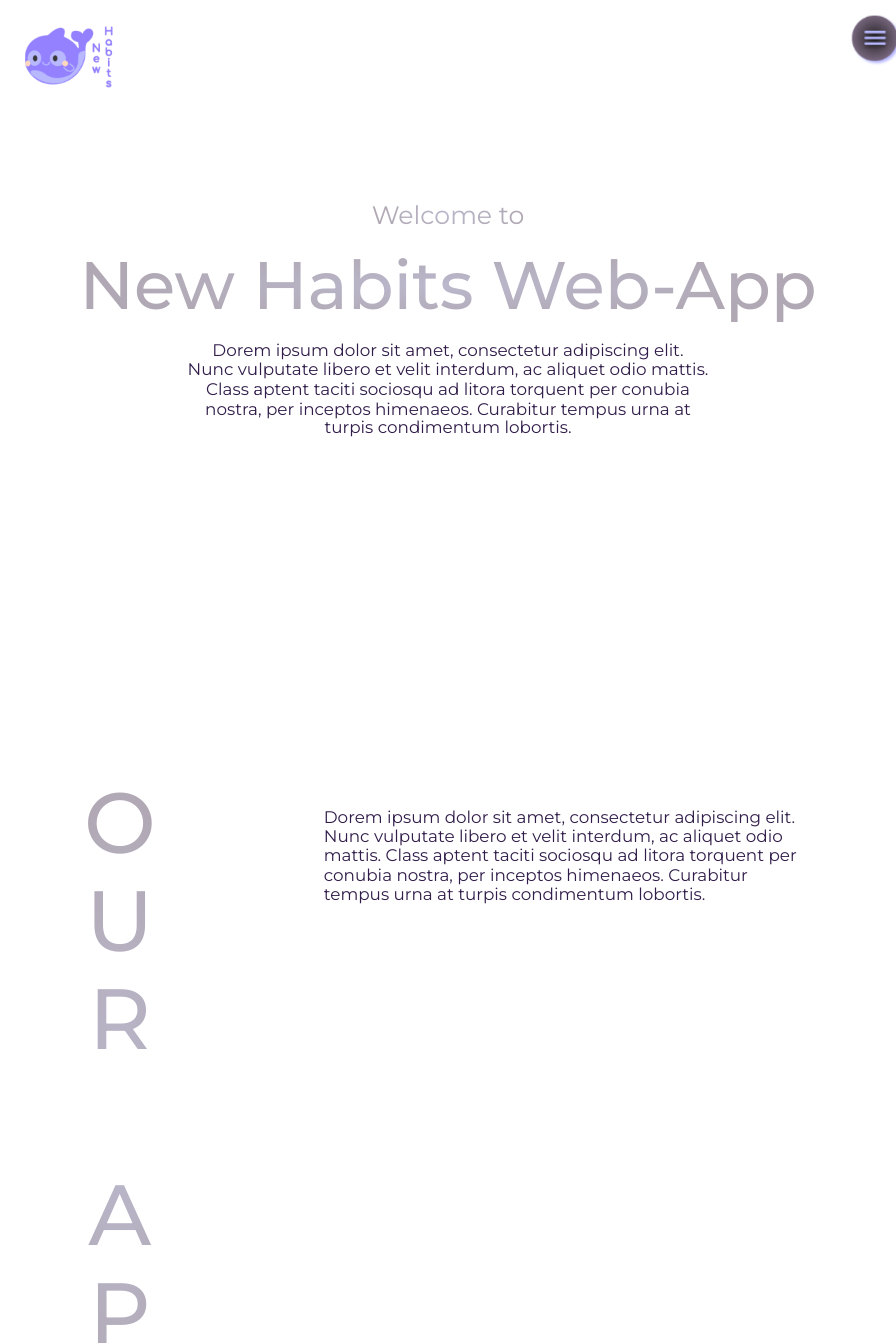
Repository: sierralaurent/Styleguide-Big_Project
Page: visuals.html
An editor plug-in stored every save of this project. The page is shown before and after the next save, followed by the edit.
The browser window is 1280 px wide. The pictures show the part of the page from y = 0 to 1920 px (the page is 3649 px tall before and 3608 px after), at 70% of full size.
Some web fonts or font styles are not loaded; a fallback is used.

Above is the page before, as saved 2023-03-10 12:58:08.

### visuals.html
<!DOCTYPE html>
<html lang="en">
  <head>
    <title>New Habits Web-App | Visuals </title>
    <meta property="og:title" content="Welcome to the New Habits Web-App Home Page" />
    <meta name="viewport" content="width=device-width, initial-scale=1.0" />
    <meta charset="utf-8" />
    <link rel="icon" type="image/x-icon" href="/assets/favicon.ico">

    <link
      rel="stylesheet"
      href="https://fonts.googleapis.com/css2?family=Montserrat:ital,wght@0,100;0,200;0,300;0,400;0,500;0,600;0,700;0,800;0,900;1,100;1,200;1,300;1,400;1,500;1,600;1,700;1,800;1,900&amp;display=swap"
      data-tag="font"
    />
    <link rel="stylesheet" href="./style.css" />
    <link href="./visuals.css" rel="stylesheet" />
    <link href="./navstyle.css" rel="stylesheet" />

  </head>
  <header>
    <div class="logo">
      <a href="index.html">
        <img src="assets/logo.png" alt="logo" />
      </a>
    </div>
    <div class="navigation">
      <button class="hamburger" onclick="show()">
        <img src="assets/burger.png" />
      </button>
      <nav>
        <h1 class="menutitle">Menu</h1>
        <ul>
          <li><a href="index.html">Home</a></li>
          <li><a>Logo</a></li>
          <li><a>Colours & Typo</a></li>
          <li><a href="visuals.html">Visuals</a></li>
        </ul>
      </nav>
    </div>
    <script src="nav.js"></script>
  </header>
  <body>
    <div>
      <div class="home-container">
        <div class="home-container1">
          <div class="home-container2">
            <p class="home-text">Welcome to</p>
            <h1 class="home-text01 Title">New Habits Web-App</h1>
            <p class="home-text02 body">
              Dorem ipsum dolor sit amet, consectetur adipiscing elit. Nunc
              vulputate libero et velit interdum, ac aliquet odio mattis. Class
              aptent taciti sociosqu ad litora torquent per conubia nostra, per
              inceptos himenaeos. Curabitur tempus urna at turpis condimentum
              lobortis.
            </p>
          </div>
        </div>
        <div class="home-container3">
          <p class="home-text03 sidetitle">
            <span>O</span>
            <br />
            <span>U</span>
            <br />
            <span>R</span>
            <br />
            <br />
            <span>A</span>
            <br />
            <span>P</span>
            <br />
            <span>P</span>
            <br />
          </p>
          <p class="home-text17 body">
            Dorem ipsum dolor sit amet, consectetur adipiscing elit. Nunc
            vulputate libero et velit interdum, ac aliquet odio mattis. Class
            aptent taciti sociosqu ad litora torquent per conubia nostra, per
            inceptos himenaeos. Curabitur tempus urna at turpis condimentum
            lobortis.
          </p>
        </div>
        <div class="home-container4">
          <div class="home-container5">
            <h2 class="home-text18 Title">Team Members</h2>
          </div>
        </div>
        <div class="home-container6">
          <div class="home-olivia">
            <p class="home-olivia-text">Olivia</p>
            <p class="home-text19">
              Rorem ipsum dolor sit amet, consectetur adipiscing elit. Nunc
              vulputate libero et velit interdum, ac aliquet odio mattis. Class
              aptent taciti sociosqu ad litora torquent per conubia nostra, per
              inceptos himenaeos. Curabitur tempus urna at turpis condimentum
              lobortis. Ut commodo efficitur neque. Ut diam quam, semper iaculis
              condimentum ac, vestibulum eu nisl.
            </p>
          </div>
          <div class="home-elijah">
            <p class="home-elijah-text">Elijah</p>
            <p class="home-text20">
              Rorem ipsum dolor sit amet, consectetur adipiscing elit. Nunc
              vulputate libero et velit interdum, ac aliquet odio mattis. Class
              aptent taciti sociosqu ad litora torquent per conubia nostra, per
              inceptos himenaeos. Curabitur tempus urna at turpis condimentum
              lobortis. Ut commodo efficitur neque. Ut diam quam, semper iaculis
              condimentum ac, vestibulum eu nisl.
            </p>
          </div>
          <div class="home-sierra">
              <p class="home-sierra-text">Sierra</p>
            <p class="home-text21">
              Rorem ipsum dolor sit amet, consectetur adipiscing elit. Nunc
              vulputate libero et velit interdum, ac aliquet odio mattis. Class
              aptent taciti sociosqu ad litora torquent per conubia nostra, per
              inceptos himenaeos. Curabitur tempus urna at turpis condimentum
              lobortis. Ut commodo efficitur neque. Ut diam quam, semper iaculis
              condimentum ac, vestibulum eu nisl.
            </p>
          </div>
        </div>
        <footer class="home-footer">
          <p class="home-text24">
            © 2023 New Habits, All Rights Reserved.
          </p>
        </footer>
      </div>
    </div>
  </body>
</html>

### style.css
:root {
  --dl-black: #212121ff;
  --dl-creme: #f9f9ffff;
  --dl-white: #f8f9f9ff;
  --dark-purple: #311D4A;

}

.body {
  font-size: 24px;
  font-family: Montserrat;
  font-weight: 400;
  line-height: 1.15;
  text-transform: none;
  text-decoration: none;
}
.sidetitle {
  font-size: 122px;
  font-family: Montserrat;
  font-weight: 500;
  line-height: 1.15;
  text-transform: none;
  text-decoration: none;
}
.Title {
  font-size: 96px;
  font-family: Montserrat;
  font-weight: 500;
  line-height: 1.15;
  text-transform: none;
  text-decoration: none;
}

html {
  line-height: 1.15;
}
body {
  margin: 0;
}
* {
  box-sizing: border-box;
  border-width: 0;
  border-style: solid;
}
p,
li,
ul,
pre,
div,
h1,
h2,
figure,
blockquote,
figcaption {
  margin: 0;
  padding: 0;
}

a {
  color: inherit;
  text-decoration: inherit;
}
input {
  padding: 2px 4px;
}
img {
  display: block;
}
html {
  scroll-behavior: smooth;
}

### visuals.css
/* Define the scrollbar style */
::-webkit-scrollbar {
    width: 10px;
  }

  ::-webkit-scrollbar-thumb {
    background-image: linear-gradient(180deg, var(--light-purple) 0%, var(--main-purple) 99%);
    box-shadow: inset 2px 2px 5px 0 var(--creme);
    border-radius: 100px;
  }

  html {
    font-family: Montserrat;
    font-size: 24px;
    scroll-behavior: smooth;
  }

  body {
    font-weight: 400;
    font-style: normal;
    text-decoration: none;
    text-transform: none;
    letter-spacing: normal;
    line-height: 1.15;
    color: var(--black);
    background-color: var(--creme);
  }

  .home-container {
    width: 100%;
    display: flex;
    overflow: auto;
    min-height: 100vh;
    align-items: center;
    flex-direction: column;
  }
  .home-container1 {
    flex: 0 0 auto;
    width: auto;
    height: auto;
    display: flex;
    align-items: flex-start;
    justify-content: center;
  }
  .home-container2 {
    flex: 0 0 auto;
    width: auto;
    display: flex;
    align-self: center;
    margin-top: 5rem;
    align-items: center;
    margin-bottom: 15rem;
    flex-direction: column;
    justify-content: center;
  }
  .home-text {
    font-size: 36px;
    text-align: center;
    font-family: Montserrat;
    background: linear-gradient(0deg, rgba(0, 0, 0, 0.2), rgba(0, 0, 0, 0.2)),
      radial-gradient(
        50% 50% at 50% 50%,
        rgba(147, 129, 255, 0.2) 0%,
        rgba(79, 26, 98, 0.2) 94.12%
      );
    -webkit-background-clip: text;
    -webkit-text-fill-color: transparent;
    background-clip: text;
    text-fill-color: transparent;
  }
  .home-text01 {
    margin-top: 1rem;
    text-align: center;
    margin-bottom: 1rem;
    background: linear-gradient(0deg, rgba(0, 0, 0, 0.2), rgba(0, 0, 0, 0.2)),
      radial-gradient(
        50% 50% at 50% 50%,
        rgba(147, 129, 255, 0.2) 0%,
        rgba(79, 26, 98, 0.2) 94.12%
      );
    -webkit-background-clip: text;
    -webkit-text-fill-color: transparent;
    background-clip: text;
    text-fill-color: transparent;
  }
  .home-text02 {
    width: 31rem;
    text-align: center;
    color: var(--dark-purple);
  }
  .home-container3 {
    flex: 0 0 auto;
    width: 100%;
    height: auto;
    display: flex;
    align-items: flex-start;
    justify-content: center;
  }
  .home-text03 {
    width: 25rem;
    text-align: center;
    background: linear-gradient(0deg, rgba(0, 0, 0, 0.2), rgba(0, 0, 0, 0.2)),
      radial-gradient(
        50% 50% at 50% 50%,
        rgba(147, 129, 255, 0.2) 0%,
        rgba(79, 26, 98, 0.2) 94.12%
      );
    -webkit-background-clip: text;
    -webkit-text-fill-color: transparent;
    background-clip: text;
    text-fill-color: transparent;
  }
  .home-text17 {
    width: auto;
    margin-top: 5rem;
    text-align: left;
    margin-left: 5rem;
    margin-right: 5rem;
    margin-bottom: 5rem;
    color: var(--dark-purple);
  }
  .home-container4 {
    flex: 0 0 auto;
    width: auto;
    height: auto;
    display: flex;
    align-items: flex-start;
    justify-content: center;
  }
  .home-container5 {
    flex: 0 0 auto;
    display: flex;
    align-items: flex-start;
    flex-direction: column;
  }
  .home-text18 {
    width: auto;
    margin-top: 15rem;
    text-align: center;
    margin-bottom: 5rem;
    background: linear-gradient(0deg, rgba(0, 0, 0, 0.2), rgba(0, 0, 0, 0.2)),
      radial-gradient(
        50% 50% at 50% 50%,
        rgba(147, 129, 255, 0.2) 0%,
        rgba(79, 26, 98, 0.2) 94.12%
      );
    -webkit-background-clip: text;
    -webkit-text-fill-color: transparent;
    background-clip: text;
    text-fill-color: transparent;
  }
  .home-container6 {
    flex: 0 0 auto;
    width: auto;
    height: auto;
    display: flex;
    align-items: flex-start;
    margin-bottom: 15rem;
    justify-content: center;
  }
  .home-olivia {
    flex: 0 0 auto;
    display: flex;
    align-items: center;
    flex-direction: column;
  }
  .home-olivia-text {
    width: 25rem;
    font-size: 96px;
    text-align: center;
    font-family: Montserrat;
    font-weight: 500;
    line-height: 1.15;
    margin-bottom: 2rem;
    text-transform: none;
    text-decoration: none;
    background: linear-gradient(0deg, rgba(0, 0, 0, 0.2), rgba(0, 0, 0, 0.2)),
      radial-gradient(
        50% 50% at 50% 50%,
        rgba(147, 129, 255, 0.2) 0%,
        rgba(79, 26, 98, 0.2) 94.12%
      );
    -webkit-background-clip: text;
    -webkit-text-fill-color: transparent;
    background-clip: text;
    text-fill-color: transparent;
  }
  .home-text19 {
    width: 15rem;
    align-self: center;
    text-align: center;
    color: var(--dark-purple);
  }
  .home-elijah {
    flex: 0 0 auto;
    display: flex;
    align-items: center;
    flex-direction: column;
  }
  .home-elijah-text {
    width: 25rem;
    font-size: 96px;
    text-align: center;
    font-family: Montserrat;
    font-weight: 500;
    line-height: 1.15;
    margin-bottom: 2rem;
    text-transform: none;
    text-decoration: none;
    background: linear-gradient(0deg, rgba(0, 0, 0, 0.2), rgba(0, 0, 0, 0.2)),
      radial-gradient(
        50% 50% at 50% 50%,
        rgba(147, 129, 255, 0.2) 0%,
        rgba(79, 26, 98, 0.2) 94.12%
      );
    -webkit-background-clip: text;
    -webkit-text-fill-color: transparent;
    background-clip: text;
    text-fill-color: transparent;
  }
  .home-text20 {
    width: 15rem;
    align-self: center;
    text-align: center;
    color: var(--dark-purple);
  }
  .home-sierra {
    flex: 0 0 auto;
    display: flex;
    align-items: center;
    flex-direction: column;
  }
  .home-sierra-text {
    width: 25rem;
    font-size: 96px;
    text-align: center;
    font-family: Montserrat;
    font-weight: 500;
    line-height: 1.15;
    margin-bottom: 2rem;
    text-transform: none;
    text-decoration: none;
    background: linear-gradient(0deg, rgba(0, 0, 0, 0.2), rgba(0, 0, 0, 0.2)),
      radial-gradient(
        50% 50% at 50% 50%,
        rgba(147, 129, 255, 0.2) 0%,
        rgba(79, 26, 98, 0.2) 94.12%
      );
    -webkit-background-clip: text;
    -webkit-text-fill-color: transparent;
    background-clip: text;
    text-fill-color: transparent;
  }
  .home-text21 {
    width: 15rem;
    align-self: center;
    text-align: center;
    color: var(--dark-purple);
  }
  .home-text23 {
    width: 15rem;
    align-self: center;
    text-align: center;
  }
  .home-footer {
    width: 100%;
    height: 197px;
    display: flex;
    max-width: auto;
    align-self: center;
    align-items: center;
    padding-top: 32px;
    padding-left: 48px;
    padding-right: 48px;
    padding-bottom: 32px;
    justify-content: center;
  }
  .home-text24 {
    text-align: center;
    color: var(--dark-purple);

  }
  @media (max-width: 1600px) {
    .home-container1 {
      width: 100%;
    }
    .home-container2 {
      align-items: center;
      justify-content: center;
    }
    .home-text01 {
      margin-top: 1rem;
      margin-bottom: 1rem;
    }
    .home-container3 {
      width: 100%;
    }
    .home-text03 {
      width: auto;
      margin: 3rem;
      padding: 2rem;
    }
    .home-text17 {
      width: 40rem;
      margin-top: 7rem;
      text-align: left;
      margin-right: 5rem;
    }
    .home-container4 {
      width: auto;
      justify-content: center;
    }
    .home-container5 {
      width: auto;
      height: auto;
      align-items: center;
      justify-content: center;
    }
    .home-text18 {
      width: auto;
      height: auto;
      margin-top: 5rem;
      text-align: center;
      margin-bottom: 5rem;
    }
    .home-container6 {
      width: 100%;
      margin-bottom: 15rem;
    }
    .home-olivia {
      width: 20rem;
      height: auto;
      align-items: center;
      justify-content: center;
    }
    .home-olivia-text {
      width: auto;
      font-size: 46px;
      font-family: Montserrat;
      font-weight: 500;
      line-height: 1.15;
      margin-bottom: 2rem;
      text-transform: none;
      text-decoration: none;
    }
    .home-text19 {
      width: 15rem;
      text-transform: none;
    }
    .home-elijah {
      width: 20rem;
      height: auto;
      align-items: center;
      justify-content: center;
    }
    .home-elijah-text {
      width: auto;
      font-size: 46px;
      font-family: Montserrat;
      font-weight: 500;
      line-height: 1.15;
      margin-bottom: 2rem;
      text-transform: none;
      text-decoration: none;
    }
    .home-text20 {
      width: 15rem;
      text-transform: none;
    }
    .home-sierra {
      width: 20rem;
      height: auto;
      align-items: center;
      justify-content: center;
    }
    .home-sierra-text {
      width: auto;
      font-size: 46px;
      font-family: Montserrat;
      font-weight: 500;
      line-height: 1.15;
      margin-bottom: 2rem;
      text-transform: none;
      text-decoration: none;
    }
    .home-text21 {
      margin-bottom: 2rem;
    }
    .home-text23 {
      width: 15rem;
      text-transform: none;
      color: var(--dark-purple);
    }
  }
  @media (max-width: 1200px) {
    .home-text01 {
      margin-top: 1rem;
      margin-bottom: 1rem;
    }
    .home-container6 {
      align-items: center;
    }
    .home-olivia {
      width: 15rem;
      margin-left: 1rem;
      margin-right: 1rem;
    }
    .home-olivia-text {
      width: auto;
    }
    .home-text19 {
      width: 12rem;
    }
    .home-elijah {
      width: 15rem;
      margin-left: 1rem;
      margin-right: 1rem;
    }
    .home-elijah-text {
      width: auto;
    }
    .home-text20 {
      width: 12rem;
    }
    .home-sierra {
      width: 15rem;
      margin-left: 1rem;
    }
    .home-sierra-text {
      width: auto;
    }
    .home-text23 {
      width: 12rem;
    }
  }
  @media (max-width: 991px) {
    .home-container2 {
      width: 100%;
      height: 307px;
    }
    .home-text01 {
      margin-top: 1rem;
      margin-bottom: 1rem;
    }
    .home-container6 {
      align-items: center;
      flex-direction: column;
    }
    .home-olivia {
      width: 20rem;
      margin-bottom: 3rem;
    }
    .home-olivia-text {
      width: auto;
    }
    .home-text19 {
      width: auto;
    }
    .home-elijah {
      width: 20rem;
      margin-bottom: 3rem;
    }
    .home-elijah-text {
      width: auto;
    }
    .home-text20 {
      width: auto;
    }
    .home-sierra {
      width: 20rem;
    }
    .home-sierra-text {
      width: auto;
    }
    .home-text23 {
      width: 100%;
    }
  }
  @media (max-width: 767px) {
    .home-text01 {
      margin-top: 1rem;
      margin-bottom: 1rem;
    }
    .home-footer {
      padding-left: 32px;
      padding-right: 32px;
    }
    .home-text24 {
      text-align: center;
      margin-left: 16px;
      margin-right: 16px;
    }
  }
  @media (max-width: 479px) {
    .home-text01 {
      margin-top: 1rem;
      margin-bottom: 1rem;
    }
    .home-text02 {
      width: 479px;
    }
    .home-text03 {
      margin-top: 0rem;
      margin-left: 3rem;
      margin-right: 0rem;
      margin-bottom: 0rem;
    }
    .home-footer {
      padding: 16px;
      flex-direction: column;
    }
    .home-text24 {
      margin-left: 0px;
      margin-right: 0px;
      margin-bottom: 16px;
    }
  }

### navstyle.css
@import url("https://fonts.cdnfonts.com/css/montserrat");

* {
  margin: 0;
  padding: 0;
  font-family: "Montserrat", sans-serif;
}

a,
button {
  cursor: pointer;
}

nav {
  position: absolute;
  top: 30px;
  right: 30px;
  width: 250px;
}

.navigation {
  position: fixed;
  top: 0;
  right: -500px;
  width: 312px;
  height: 100%;
  background-image: url("assets/background.png");
  background-size: cover;
  transition: 0.5s;
  border-radius: 27px 0 0 27px;
}

.logo {
    margin: 1.5rem;
}

.menutitle {
  font-family: "Montserrat", sans-serif;
  font-style: normal;
  font-weight: 400;
  font-size: 24px;
  display: flex;
  align-items: left;
  color: rgba(255, 255, 255, 0.32);
  margin: 1rem;
}

.navigation ul li {
  display: flex;
  color: rgba(255, 255, 255, 0.5);
  line-height: 20px;
  text-align: left;
  font-weight: 500;
  list-style-type: none;
  font-size: 14px;
  padding: 20px 30px;
  border-bottom: 0px 64px 64px -32px rgba(41, 15, 0, 0.56);
  transition: all 0.3s ease;
}

.navigation ul li:hover {
  padding: 16px 20px;
  background-image: url("assets/hover.png");
  background-size: cover;
  border-radius: 12px;
}

.hamburger,
.bar {
  position: fixed;
}

.hamburger {
  display: block;
  top: 5%;
  left: 95%;
  width: 30px;
  height: 30px;
  transform: translateY(-50%);
  border: 0;
  background: 0 0;
}

.hamburger.hidden {
  display: none; /* Hide the menu button */
}

.navigation.active {
  right: 0;
  z-index: 1;
}

### nav.js
const hamburger = document.querySelector('.hamburger');
const navigation = document.querySelector('.navigation');

document.addEventListener('click', function(event) {
  const isClickInside = navigation.contains(event.target) || hamburger.contains(event.target);
  if (!isClickInside) {
    navigation.classList.remove('active');
    hamburger.classList.remove('hidden');
  }
});

hamburger.addEventListener('click', function() {
  navigation.classList.add('active');
  hamburger.classList.add('hidden');
});

After the next save:
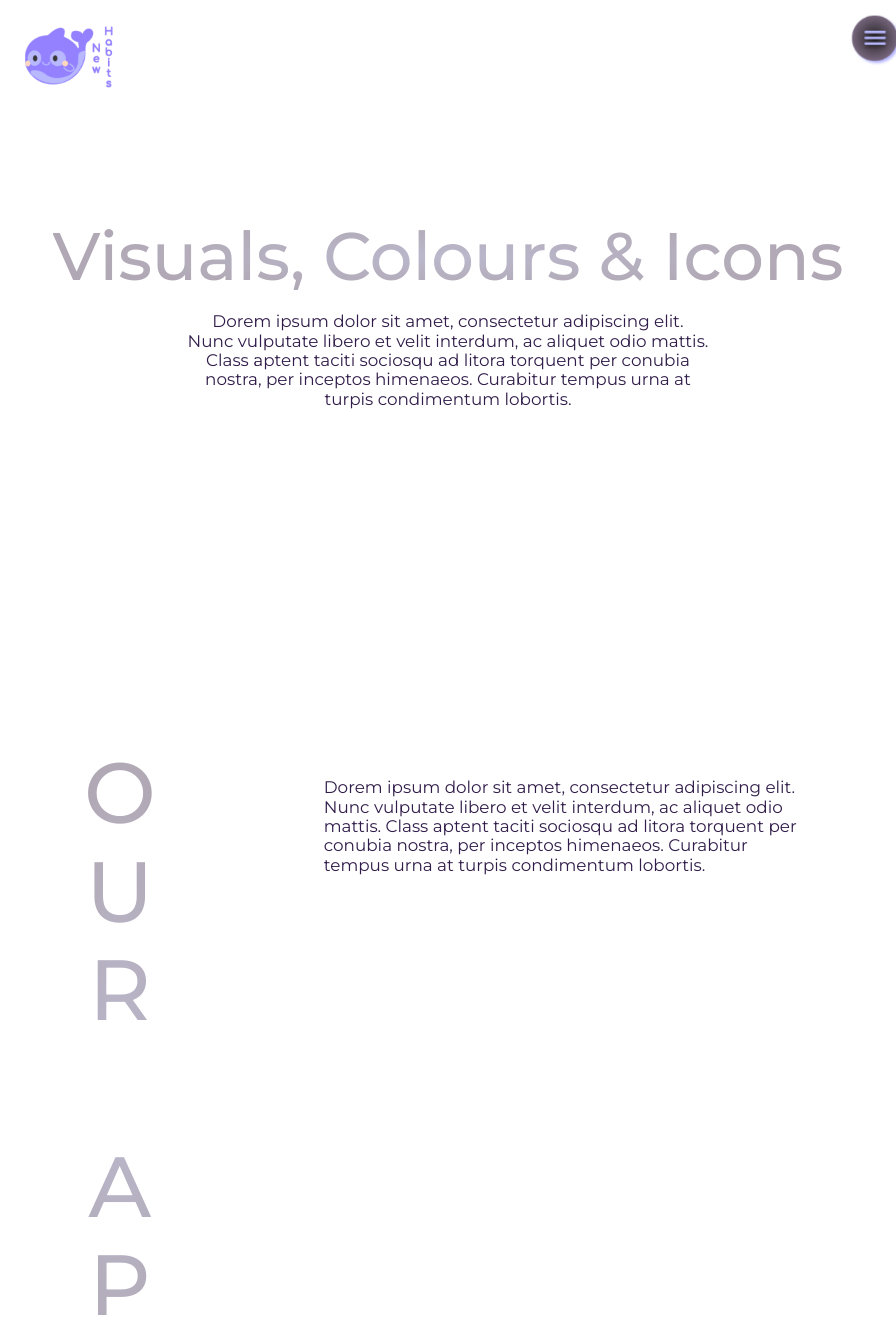
Saved 93 s later.
--- a/visuals.html
+++ b/visuals.html
@@ -44,8 +44,7 @@
       <div class="home-container">
         <div class="home-container1">
           <div class="home-container2">
-            <p class="home-text">Welcome to</p>
-            <h1 class="home-text01 Title">New Habits Web-App</h1>
+            <h1 class="home-text01 Title">Visuals, Colours & Icons</h1>
             <p class="home-text02 body">
               Dorem ipsum dolor sit amet, consectetur adipiscing elit. Nunc
               vulputate libero et velit interdum, ac aliquet odio mattis. Class
